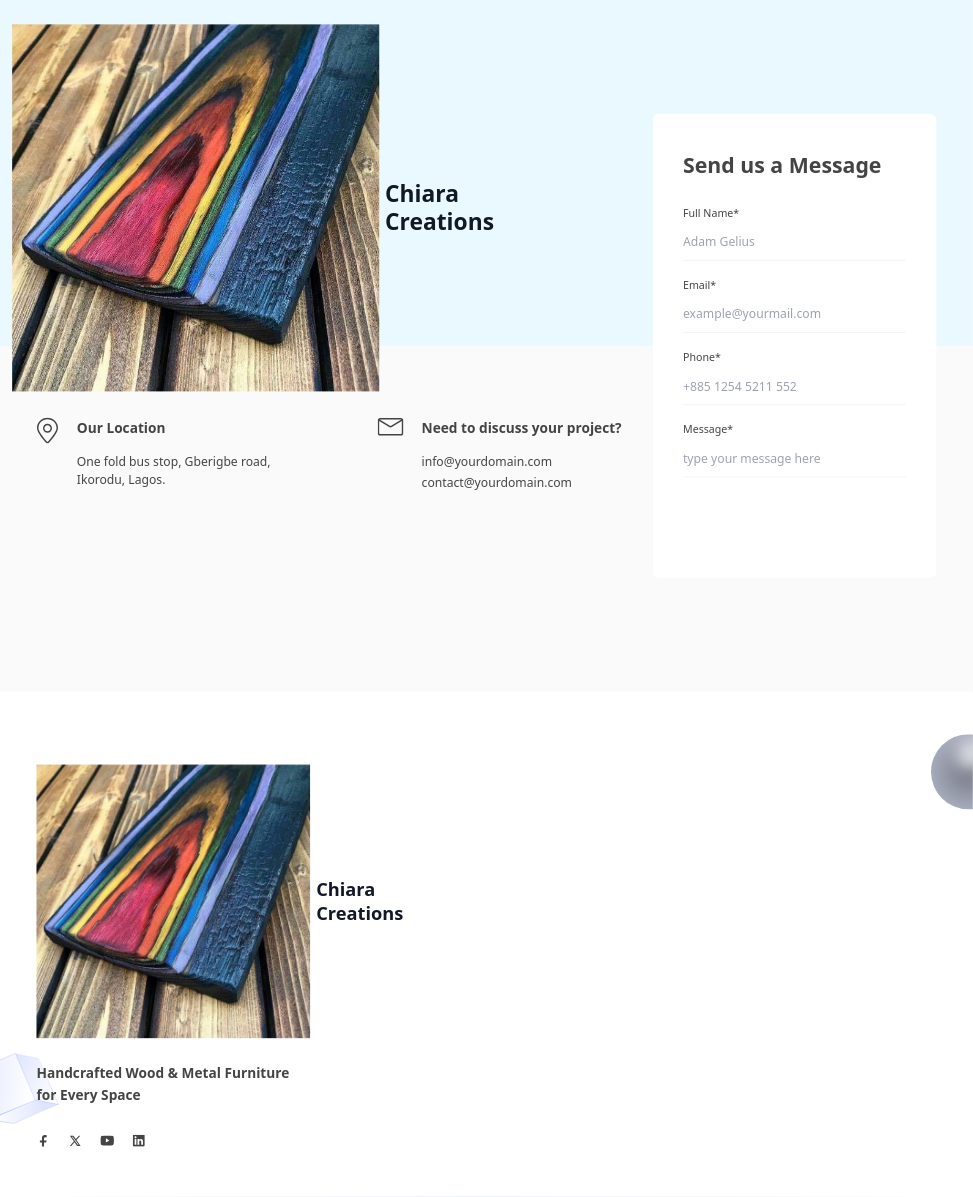
Repository: SuezDevelopment/chiara_creations
Page: /
These files come from the project's save history. The page is drawn as it stood at one moment and after the next save; the edit follows.
The browser window is 1280 px wide. The pictures show the whole page, at 76% of full size.
The project was rebuilt for these pictures with package versions that can differ from the ones it lists, and the page was loaded fresh each time. The framework's server and built-in components were replaced by stand-ins that run in the browser. Also part of the build but not shown: next.config.mjs.

Above is the page before, as saved 2024-03-07 13:21:20.

### src/pages/_app.tsx
import 'tailwindcss/tailwind.css';
import "@/styles/globals.css";
import type { AppProps } from "next/app";

import {memo} from 'react';

const MyApp = memo(({Component, pageProps}: AppProps): JSX.Element => {
  return (
    <>
      <Component {...pageProps} />
    </>
  );
});

export default MyApp;

### src/pages/_document.tsx
import { Html, Head, Main, NextScript } from "next/document";

export default function Document() {
  return (
    <Html lang="en">
      <Head>
        <meta charSet="utf-8" />

        <meta content="notranslate" name="google" />
      </Head>
      <body>
        <Main />
        <NextScript />
      </body>
    </Html>
  );
}

### src/pages/index.tsx
import Image from "next/image";
import { Inter } from "next/font/google";
import Page from "@/components/layout/page";
import { homePageMeta } from "@/data/data";
import Header from "@/components/ui/header";
import Contact from "@/components/ui/contact";
import Footer from "@/components/ui/footer";

export default function Home() {
  const {title, description} = homePageMeta;
  return (
    <Page title={title} description={description}>
      <Header />
      <Contact />
      <Footer />
    </Page>
  );
}

### src/styles/globals.css
@tailwind base;
@tailwind components;
@tailwind utilities;

@layer utilities {
  /* Chrome, Safari and Opera */
  .no-scrollbar::-webkit-scrollbar {
    display: none;
  }

  .no-scrollbar {
    -ms-overflow-style: none; /* IE and Edge */
    scrollbar-width: none; /* Firefox */
  }
}

@supports (-webkit-touch-callout: none) {
  .h-screen {
    height: -webkit-fill-available;
  }
}

* {
  -webkit-font-smoothing: antialiased;
  -moz-osx-font-smoothing: grayscale;
}

html {
  -webkit-tap-highlight-color: transparent;
  scroll-behavior: smooth;
  height: 100vh;
}

body {
  position: relative;
  width: 100%;
  color: #444444;
  font-family: system-ui, -apple-system, BlinkMacSystemFont, 'Segoe UI', Ubuntu, 'Helvetica Neue', sans-serif;
  background-color: #fafafa;
}

td,
th {
  padding: 4px 8px 4px 4px;
  text-align: left;
}

th {
  font-weight: 600;
}

### src/components/layout/page.tsx
import { HomepageMeta } from '@/data/types';
import {NextPage} from 'next';
import Head from 'next/head';
import {useRouter} from 'next/router';
import {memo, PropsWithChildren} from 'react';


const Page: NextPage<PropsWithChildren<HomepageMeta>> = memo(({children, title, description}) => {
    const router = useRouter();
    const {asPath: pathname} = useRouter();
    return (
        <>
            <Head>
                <title>{title}</title>
                <meta name="description" content={description} />

                 {/* several domains list the same content, make sure google knows we mean this one. */}
                <link href={`https://chiara-creations.vercel.app${pathname}`} key="canonical" rel="canonical" />
                <link href="/favicon.ico" rel="icon" sizes="any" />

                <link href="/icon.svg" rel="icon" type="image/svg+xml" />

                <link href="/apple-touch-icon.png" rel="apple-touch-icon" />

                <link href="/site.webmanifest" rel="manifest" />

                {/* Open Graph : https://ogp.me/ */}
                <meta content={title} property="og:title" />
                <meta content={description} property="og:description" />
                <meta content={`https://chiara-creations.vercel.app${pathname}`} property="og:url" />

                <meta content={title} name="twitter:title" />
                <meta content={description} name="twitter:description" />
            </Head>
            <main>
                {children}
            </main>
        </>
    )
});

Page.displayName = 'Page';
export default Page;

### src/data/data.ts
import { HomepageMeta, Service } from "./types";

export const homePageMeta: HomepageMeta = {
  title:
    "Chiara Creations - Handcrafted Wood & Metal Furniture for Every Space",
  description:
    "With a focus on quality craftsmanship and innovative design, we cater to various sectors including residential, commercial, and industrial clients.",
};

export const services: Service[] = [
  {
    name: "Wooden Furniture",
    description:
      "At Chiara creations,our wooden furniture range includes but is not limited to tables, chairs, doors,cabinets, shelves, closets,bed frames, and custom-designed pieces.",
  },
  {
    name: "Metal Furniture",
    description:
      "We also manufacture metal furniture such as steel-framed tables, chairs, desks, shelves, armored doors, security doors , regular doors and industrial-style furniture for modern living spaces.",
  },
  {
    name: "Custom Fabrication",
    description:
      "We provide bespoke fabrication services, collaborating closely with clients to create custom wood and metal products tailored to their specific requirements.",
  },
  {
    name: "Interior Design Solutions",
    description:
      "Our team here at Chiara creations offers comprehensive interior design solutions, integrating our furniture pieces into cohesive interior spaces for homes, offices, restaurants, and other commercial establishments.",
  },
  {
    name: "Consultation and Installation",
    description:
      "From initial consultation to final installation, we ensure a seamless process, guiding clients through every step of the project to achieve their desired outcome.",
  },
];

### src/components/ui/footer.tsx
"use client";
import Image from "next/image";
import Link from "next/link";

const Footer = () => {
  return (
    <>
      <footer className="relative z-10 bg-white pt-16 dark:bg-gray-dark md:pt-20 lg:pt-24">
        <div className="container px-4 mx-auto">
          <div className="mx-4 flex flex-wrap">
            <div className="w-full px-4 md:w-1/2 lg:w-4/12 xl:w-5/12">
              <div className="mb-5 max-w-[360px] lg:mb-16">
                <Link href="/" className="mb-8 flex items-center space-x-2">
                  <Image
                    src="/images/logo.png"
                    alt="logo"
                    className="w-full dark:hidden"
                    width={40}
                    height={30}
                  />
                  <Image
                    src="/images/logo.png"
                    alt="logo"
                    className="hidden w-full dark:block"
                    width={40}
                    height={30}
                  />
                  <span className="text-2xl sm:text-xl md:text-2xl font-bold text-gray-900 dark:text-gray">Chiara Creations</span>
                </Link>
                <p className="mb-9 leading-relaxed font-bold text-lg text-body-color dark:text-body-color-dark">
                    Handcrafted Wood & Metal Furniture for Every Space
                </p>
                <div className="flex items-center">
                  <a
                    href="/"
                    aria-label="social-link"
                    target="_blank"
                    rel="noopener noreferrer"
                    className="mr-6 text-body-color duration-300 hover:text-primary dark:text-body-color-dark dark:hover:text-primary"
                  >
                    <svg
                      width="18"
                      height="18"
                      viewBox="0 0 22 22"
                      fill="none"
                      xmlns="http://www.w3.org/2000/svg"
                    >
                      <path
                        d="M12.1 10.4939V7.42705C12.1 6.23984 13.085 5.27741 14.3 5.27741H16.5V2.05296L13.5135 1.84452C10.9664 1.66676 8.8 3.63781 8.8 6.13287V10.4939H5.5V13.7183H8.8V20.1667H12.1V13.7183H15.4L16.5 10.4939H12.1Z"
                        fill="currentColor"
                      />
                    </svg>
                  </a>
                  <a
                    href="/"
                    aria-label="social-link"
                    target="_blank"
                    rel="noopener noreferrer"
                    className="mr-6 text-body-color duration-300 hover:text-primary dark:text-body-color-dark dark:hover:text-primary"
                  >
                    <svg
                      width="18"
                      height="18"
                      viewBox="0 0 22 22"
                      fill="none"
                      xmlns="http://www.w3.org/2000/svg"
                    >
                      <path
                        fillRule="evenodd"
                        clipRule="evenodd"
                        d="M13.9831 19.25L9.82094 13.3176L4.61058 19.25H2.40625L8.843 11.9233L2.40625 2.75H8.06572L11.9884 8.34127L16.9034 2.75H19.1077L12.9697 9.73737L19.6425 19.25H13.9831ZM16.4378 17.5775H14.9538L5.56249 4.42252H7.04674L10.808 9.6899L11.4584 10.6039L16.4378 17.5775Z"
                        fill="currentColor"
                      />
                    </svg>
                  </a>
                  <a
                    href="/"
                    aria-label="social-link"
                    target="_blank"
                    rel="noopener noreferrer"
                    className="mr-6 text-body-color duration-300 hover:text-primary dark:text-body-color-dark dark:hover:text-primary"
                  >
                    <svg
                      width="18"
                      height="14"
                      viewBox="0 0 18 14"
                      className="fill-current"
                    >
                      <path d="M17.5058 2.07119C17.3068 1.2488 16.7099 0.609173 15.9423 0.395963C14.5778 7.26191e-08 9.0627 0 9.0627 0C9.0627 0 3.54766 7.26191e-08 2.18311 0.395963C1.41555 0.609173 0.818561 1.2488 0.619565 2.07119C0.25 3.56366 0.25 6.60953 0.25 6.60953C0.25 6.60953 0.25 9.68585 0.619565 11.1479C0.818561 11.9703 1.41555 12.6099 2.18311 12.8231C3.54766 13.2191 9.0627 13.2191 9.0627 13.2191C9.0627 13.2191 14.5778 13.2191 15.9423 12.8231C16.7099 12.6099 17.3068 11.9703 17.5058 11.1479C17.8754 9.68585 17.8754 6.60953 17.8754 6.60953C17.8754 6.60953 17.8754 3.56366 17.5058 2.07119ZM7.30016 9.44218V3.77687L11.8771 6.60953L7.30016 9.44218Z" />
                    </svg>
                  </a>
                  <a
                    href="/"
                    aria-label="social-link"
                    target="_blank"
                    rel="noopener noreferrer"
                    className="text-body-color duration-300 hover:text-primary dark:text-body-color-dark dark:hover:text-primary"
                  >
                    <svg
                      width="17"
                      height="16"
                      viewBox="0 0 17 16"
                      className="fill-current"
                    >
                      <path d="M15.2196 0H1.99991C1.37516 0 0.875366 0.497491 0.875366 1.11936V14.3029C0.875366 14.8999 1.37516 15.4222 1.99991 15.4222H15.1696C15.7943 15.4222 16.2941 14.9247 16.2941 14.3029V1.09448C16.3441 0.497491 15.8443 0 15.2196 0ZM5.44852 13.1089H3.17444V5.7709H5.44852V13.1089ZM4.29899 4.75104C3.54929 4.75104 2.97452 4.15405 2.97452 3.43269C2.97452 2.71133 3.57428 2.11434 4.29899 2.11434C5.02369 2.11434 5.62345 2.71133 5.62345 3.43269C5.62345 4.15405 5.07367 4.75104 4.29899 4.75104ZM14.07 13.1089H11.796V9.55183C11.796 8.7061 11.771 7.58674 10.5964 7.58674C9.39693 7.58674 9.222 8.53198 9.222 9.47721V13.1089H6.94792V5.7709H9.17202V6.79076H9.19701C9.52188 6.19377 10.2466 5.59678 11.3711 5.59678C13.6952 5.59678 14.12 7.08925 14.12 9.12897V13.1089H14.07Z" />
                    </svg>
                  </a>
                </div>
              </div>
            </div>
          </div>

          <div className="h-px w-full bg-gradient-to-r from-transparent via-[#D2D8E183] to-transparent dark:via-[#959CB183]"></div>
          {/* <div className="py-8">
            <p className="text-center text-base text-body-color dark:text-white">
              Template by{" "}
              <a
                href="http://uideck.com"
                target="_blank"
                rel="noopener noreferrer"
                className="hover:text-primary"
              >
                UIdeck
              </a>{" "}
              and{" "}
              <a
                href="https://nextjstemplates.com"
                target="_blank"
                rel="noopener noreferrer"
                className="hover:text-primary"
              >
                Next.js Templates
              </a>
            </p>
          </div> */}
        </div>
        <div className="absolute right-0 top-14 z-[-1]">
          <svg
            width="55"
            height="99"
            viewBox="0 0 55 99"
            fill="none"
            xmlns="http://www.w3.org/2000/svg"
          >
            <circle opacity="0.8" cx="49.5" cy="49.5" r="49.5" fill="#959CB1" />
            <mask
              id="mask0_94:899"
              style={{ maskType: "alpha" }}
              maskUnits="userSpaceOnUse"
              x="0"
              y="0"
              width="99"
              height="99"
            >
              <circle
                opacity="0.8"
                cx="49.5"
                cy="49.5"
                r="49.5"
                fill="#4A6CF7"
              />
            </mask>
            <g mask="url(#mask0_94:899)">
              <circle
                opacity="0.8"
                cx="49.5"
                cy="49.5"
                r="49.5"
                fill="url(#paint0_radial_94:899)"
              />
              <g opacity="0.8" filter="url(#filter0_f_94:899)">
                <circle cx="53.8676" cy="26.2061" r="20.3824" fill="white" />
              </g>
            </g>
            <defs>
              <filter
                id="filter0_f_94:899"
                x="12.4852"
                y="-15.1763"
                width="82.7646"
                height="82.7646"
                filterUnits="userSpaceOnUse"
                colorInterpolationFilters="sRGB"
              >
                <feFlood floodOpacity="0" result="BackgroundImageFix" />
                <feBlend
                  mode="normal"
                  in="SourceGraphic"
                  in2="BackgroundImageFix"
                  result="shape"
                />
                <feGaussianBlur
                  stdDeviation="10.5"
                  result="effect1_foregroundBlur_94:899"
                />
              </filter>
              <radialGradient
                id="paint0_radial_94:899"
                cx="0"
                cy="0"
                r="1"
                gradientUnits="userSpaceOnUse"
                gradientTransform="translate(49.5 49.5) rotate(90) scale(53.1397)"
              >
                <stop stopOpacity="0.47" />
                <stop offset="1" stopOpacity="0" />
              </radialGradient>
            </defs>
          </svg>
        </div>
        <div className="absolute bottom-24 left-0 z-[-1]">
          <svg
            width="79"
            height="94"
            viewBox="0 0 79 94"
            fill="none"
            xmlns="http://www.w3.org/2000/svg"
          >
            <rect
              opacity="0.3"
              x="-41"
              y="26.9426"
              width="66.6675"
              height="66.6675"
              transform="rotate(-22.9007 -41 26.9426)"
              fill="url(#paint0_linear_94:889)"
            />
            <rect
              x="-41"
              y="26.9426"
              width="66.6675"
              height="66.6675"
              transform="rotate(-22.9007 -41 26.9426)"
              stroke="url(#paint1_linear_94:889)"
              strokeWidth="0.7"
            />
            <path
              opacity="0.3"
              d="M50.5215 7.42229L20.325 1.14771L46.2077 62.3249L77.1885 68.2073L50.5215 7.42229Z"
              fill="url(#paint2_linear_94:889)"
            />
            <path
              d="M50.5215 7.42229L20.325 1.14771L46.2077 62.3249L76.7963 68.2073L50.5215 7.42229Z"
              stroke="url(#paint3_linear_94:889)"
              strokeWidth="0.7"
            />
            <path
              opacity="0.3"
              d="M17.9721 93.3057L-14.9695 88.2076L46.2077 62.325L77.1885 68.2074L17.9721 93.3057Z"
              fill="url(#paint4_linear_94:889)"
            />
            <path
              d="M17.972 93.3057L-14.1852 88.2076L46.2077 62.325L77.1884 68.2074L17.972 93.3057Z"
              stroke="url(#paint5_linear_94:889)"
              strokeWidth="0.7"
            />
            <defs>
              <linearGradient
                id="paint0_linear_94:889"
                x1="-41"
                y1="21.8445"
                x2="36.9671"
                y2="59.8878"
                gradientUnits="userSpaceOnUse"
              >
                <stop stopColor="#4A6CF7" stopOpacity="0.62" />
                <stop offset="1" stopColor="#4A6CF7" stopOpacity="0" />
              </linearGradient>
              <linearGradient
                id="paint1_linear_94:889"
                x1="25.6675"
                y1="95.9631"
                x2="-42.9608"
                y2="20.668"
                gradientUnits="userSpaceOnUse"
              >
                <stop stopColor="#4A6CF7" stopOpacity="0" />
                <stop offset="1" stopColor="#4A6CF7" stopOpacity="0.51" />
              </linearGradient>
              <linearGradient
                id="paint2_linear_94:889"
                x1="20.325"
                y1="-3.98039"
                x2="90.6248"
                y2="25.1062"
                gradientUnits="userSpaceOnUse"
              >
                <stop stopColor="#4A6CF7" stopOpacity="0.62" />
                <stop offset="1" stopColor="#4A6CF7" stopOpacity="0" />
              </linearGradient>
              <linearGradient
                id="paint3_linear_94:889"
                x1="18.3642"
                y1="-1.59742"
                x2="113.9"
                y2="80.6826"
                gradientUnits="userSpaceOnUse"
              >
                <stop stopColor="#4A6CF7" stopOpacity="0" />
                <stop offset="1" stopColor="#4A6CF7" stopOpacity="0.51" />
              </linearGradient>
              <linearGradient
                id="paint4_linear_94:889"
                x1="61.1098"
                y1="62.3249"
                x2="-8.82468"
                y2="58.2156"
                gradientUnits="userSpaceOnUse"
              >
                <stop stopColor="#4A6CF7" stopOpacity="0.62" />
                <stop offset="1" stopColor="#4A6CF7" stopOpacity="0" />
              </linearGradient>
              <linearGradient
                id="paint5_linear_94:889"
                x1="65.4236"
                y1="65.0701"
                x2="24.0178"
                y2="41.6598"
                gradientUnits="userSpaceOnUse"
              >
                <stop stopColor="#4A6CF7" stopOpacity="0" />
                <stop offset="1" stopColor="#4A6CF7" stopOpacity="0.51" />
              </linearGradient>
            </defs>
          </svg>
        </div>
      </footer>
    </>
  );
};

export default Footer;

Loaded but not shown: tailwind.config.ts (common file); src/components/ui/contact.tsx (149 lines, source omitted); src/components/ui/header.tsx (177 lines, source omitted)

After the next save:
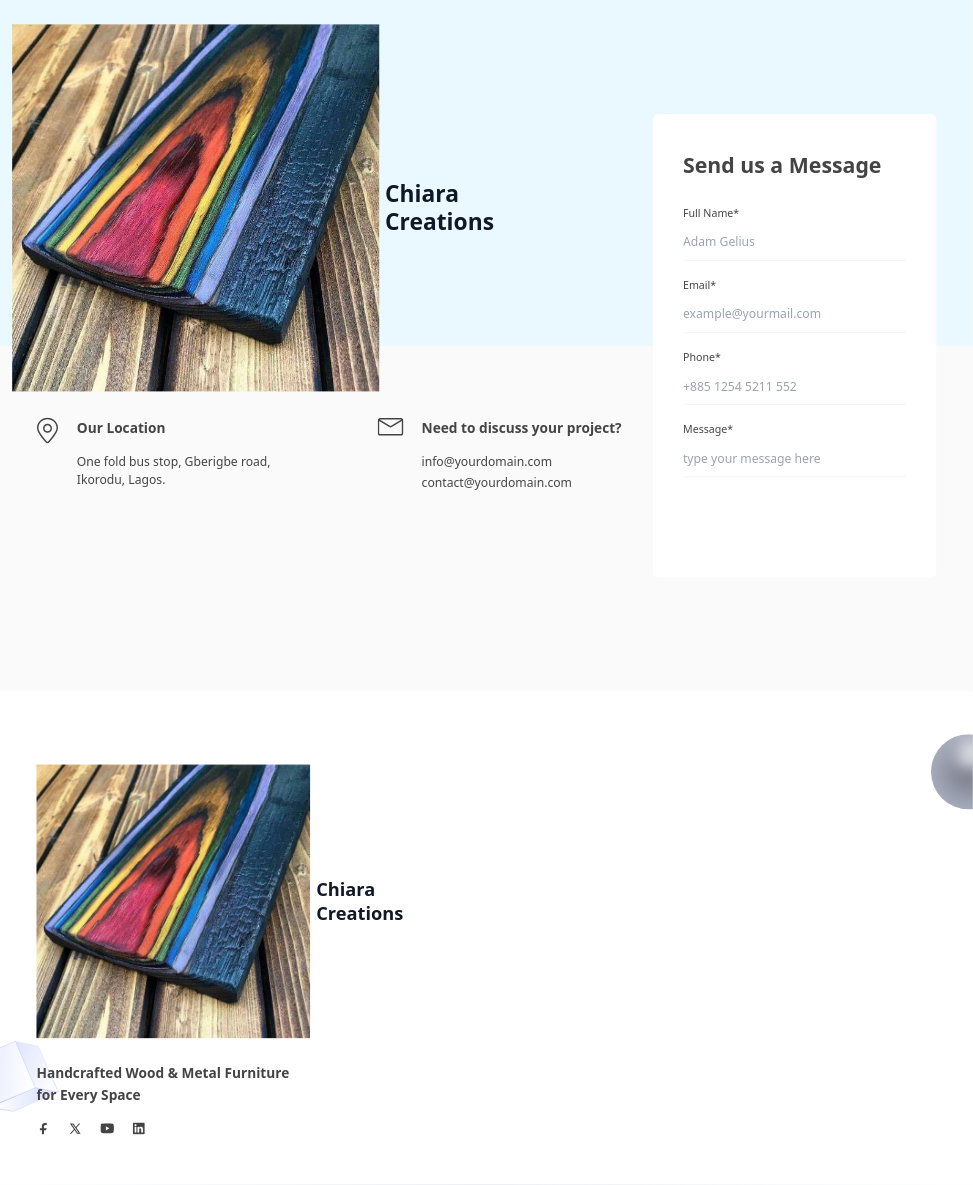
Saved 7 min 36 s later.
--- a/src/components/ui/footer.tsx
+++ b/src/components/ui/footer.tsx
@@ -27,7 +27,7 @@ const Footer = () => {
                   />
                   <span className="text-2xl sm:text-xl md:text-2xl font-bold text-gray-900 dark:text-gray">Chiara Creations</span>
                 </Link>
-                <p className="mb-9 leading-relaxed font-bold text-lg text-body-color dark:text-body-color-dark">
+                <p className="mb-5 leading-relaxed font-bold text-lg text-body-color dark:text-body-color-dark">
                     Handcrafted Wood & Metal Furniture for Every Space
                 </p>
                 <div className="flex items-center">
